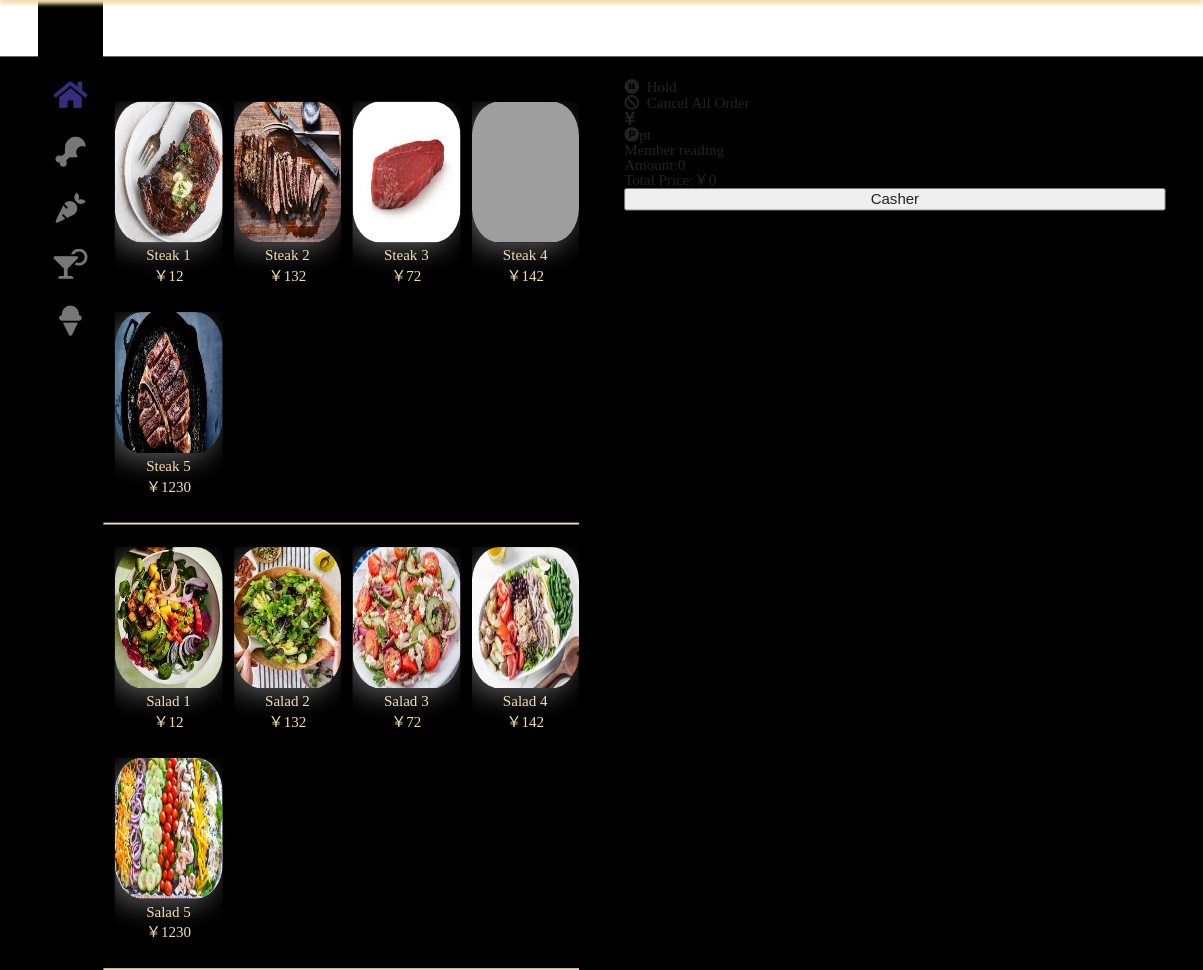
Repository: vuhungson158/Menu
Page: /
These files come from the project's save history. The page is drawn as it stood at one moment and after the next save; the edit follows.
The browser window is 1280 px wide. The pictures show the whole page, at 94% of full size.
Pictures or frames that could not be fetched are drawn as grey boxes. The project was rebuilt for these pictures with package versions that can differ from the ones it lists, and the page was loaded fresh each time. Also part of the build but not shown: src/component/mainMenu/orderBlock/orderContent/OrderedItem.jsx, src/redux-store/actions/HoldActions.jsx, src/component/mainMenu/orderBlock/utilities/HoldItem.jsx.

Above is the page before, as saved 2021-08-22 09:55:07.

After the next save:
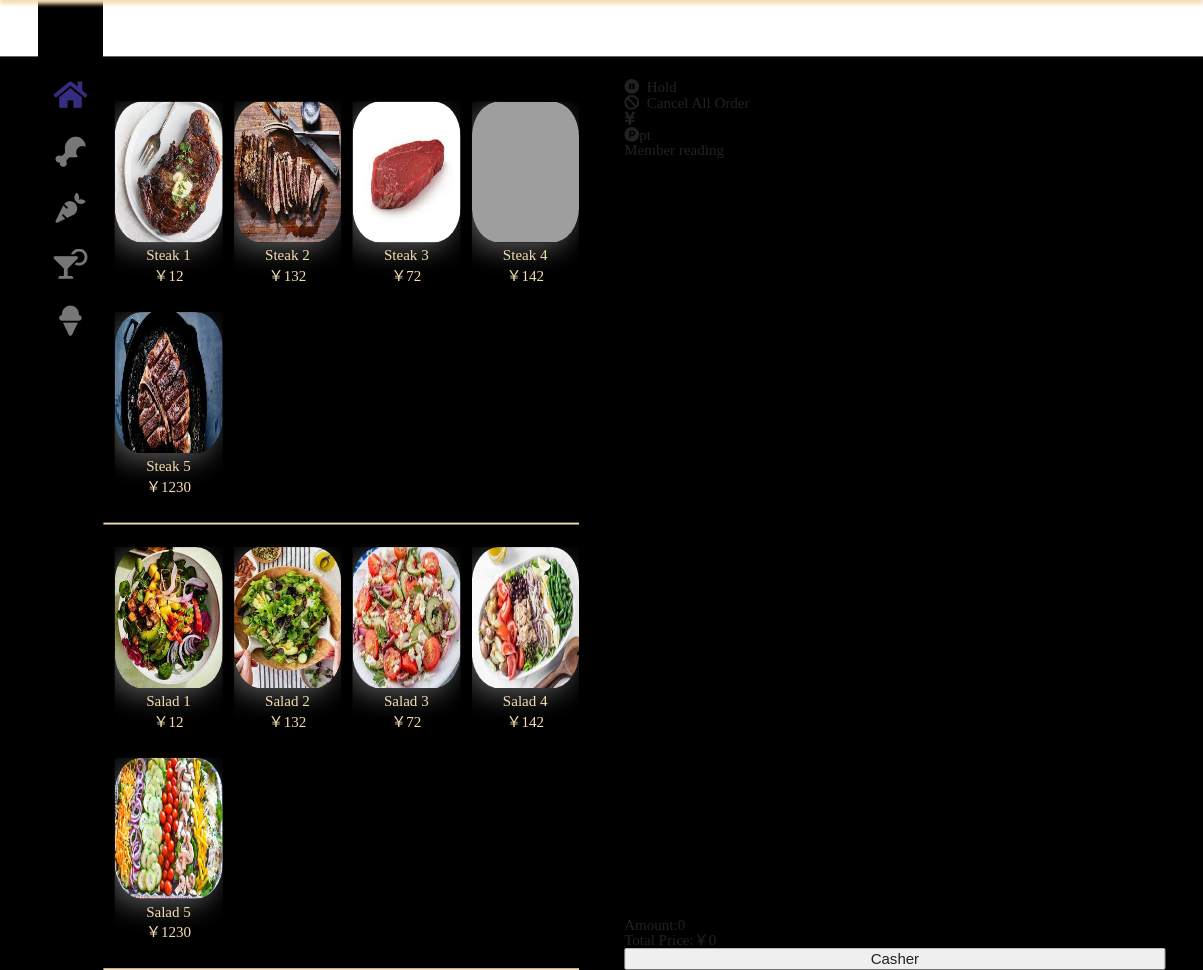
Saved 20 s later.
--- a/src/styles/App.scss
+++ b/src/styles/App.scss
@@ -259,7 +259,10 @@ body {
             #order-block {
                 display: flex;
                 flex-direction: column;
-            }
-        }
-    }
-}
+                #order-list{
+                    flex-grow: 1;
+                }
+            }
+        }
+    }
+}
